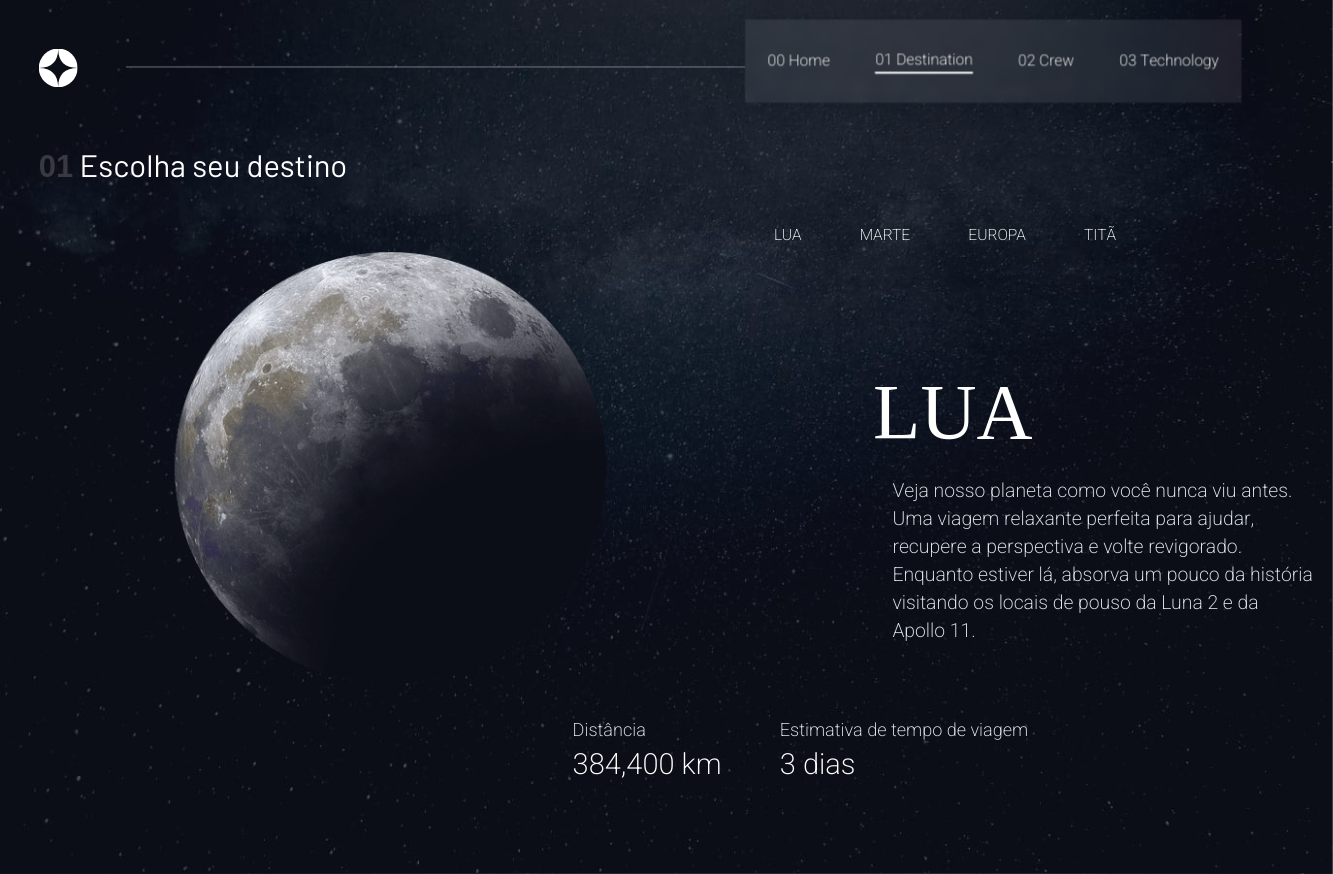
Repository: Leonngc/space-site
Page: space-tourism-website-main/space-tourism-website-main/starter-code/destination-moon.html
An editor plug-in stored every save of this project. The page is shown before and after a run of saves, followed by the edit.
The browser window is 1280 px wide. The page is 1374 px wide, so the pictures cover 1374 px, including what lies to the right of the window. The pictures show the whole page, at 97% of full size.

Above is the page before, as saved 2023-04-30 00:46:28.

### space-tourism-website-main/space-tourism-website-main/starter-code/destination-moon.html
<!DOCTYPE html>
<html lang="en">
<head>
  <meta charset="UTF-8">
  <meta name="viewport" content="width=device-width, initial-scale=1.0">

  <link rel="icon" type="image/png" sizes="32x32" href="./assets/favicon-32x32.png">
  <link rel="stylesheet" href="styles/menu.css">
  <link rel="stylesheet" href="styles/destination.css">
  <script src="script/menu.js" defer></script>
  <title>Frontend Mentor | Space tourism website</title>
</head>
<body>

  <header>
    <img src="assets/shared/logo.svg" alt="" class="logo">

    <div class="line"></div>
    <nav>
      <button class="menu-button"><i class="fi fi-br-menu-burger"></i></button>
      <ul class="menu">
      <li class="item-menu"><a href="#">00 Home</a></li>
      <li class="item-menu page-active"><a href="#">01 Destination</a></li>
      <li class="item-menu"><a href="#">02 Crew</a></li>
      <li class="item-menu"><a href="#">03 Technology</a></li>
      </ul>
    </nav>

  </header>

<main>

    <h1><strong>01</strong> Escolha seu destino</h1>

    <ul class="nav-travel">
      <li class="travel-destiny"><a href="">Lua</a></li>
      <li class="travel-destiny"><a href="">Marte</a></li>
      <li class="travel-destiny"><a href="">Europa</a></li>
      <li class="travel-destiny"><a href="">Titã</a></li>
    </ul>

    <div class="destination-container">
      <img src="assets/destination/image-moon.png" alt="">

      <div class="destination-info">
        <h2>Lua</h2>
        <p>
          Veja nosso planeta como você nunca viu antes. Uma viagem relaxante perfeita para ajudar,
          recupere a perspectiva e volte revigorado. Enquanto estiver lá, absorva um pouco da história
          visitando os locais de pouso da Luna 2 e da Apollo 11.
        </p>
      </div>
    </div>
   <div class="travel-container">
     <div class="info-travel">
       <h3>Distância</h3>
        <span>384,400 km</span>
     </div>

      <div class="info-travel">
        <h3>Estimativa de tempo de viagem</h3>
        <span>3 dias</span>
      </div>
   </div>

</main>
</body>
</html>

### space-tourism-website-main/space-tourism-website-main/starter-code/styles/menu.css
@import url('https://fonts.googleapis.com/css2?family=Heebo:wght@200&display=swap');

*{
    padding: 0;
    margin: 0;
}

body{
    overflow-x: hidden;
}

header{
    display: flex;
    justify-content: space-between;
}

.menu{
    margin-top: 20px;
    display: flex;
    width: 40vw ;
    height: 12vh;
    position: relative;
    list-style: none;
    background: rgba(255, 255, 255, 0.21);
    background: rgba(255, 255, 255, 0.08);
    box-shadow: 0 4px 30px rgba(0, 0, 0, 0.1);
    backdrop-filter: blur(5px);
    -webkit-backdrop-filter: blur(5px);
}

.item-menu{
    margin: auto;
}

.item-menu a{
    text-decoration: none;
    font-family: 'Heebo', sans-serif;
    color: white;
}


.line{
    background-color:  rgba(255, 255, 255, 0.21);

    height: 2px;
    width: 1110px;
    margin-top: 68px;
    margin-left: 30px;
}

.logo{
    margin-top: 30px;
    margin-left: 20px;
    width: 40px;
    height: 40px;
    padding: 20px;
}

.page-active{
    border-bottom: 2px solid white;
}

ul li > a:hover{
    font-size: 18px;
    transition: 2s;
}

.menu-button{
    display: none;
}



@media screen and (max-width: 990px){
    .line{
        display: none;
    }

    body{
        background-image: url(../assets/home/background-home-mobile.jpg) !important;
    }

    .menu{
        position: absolute;
        right: 0;
        width: 70vw;
        height: 90vh;
        display: flex;
        margin: 0;
        border-top-left-radius: 30px;
        border-bottom-left-radius: 30px;
        transform: translateX(100%);
        transition: transform 0.6s ease-in;
        background: rgba(255, 255, 255, 0.346);
        background: rgba(0, 0, 0, 0.47);
        box-shadow: 0 4px 30px rgba(0, 0, 0, 0.1);
        backdrop-filter: blur(5px);
        -webkit-backdrop-filter: blur(5px);
    }

    ul{
        flex-direction: column;
    }


    .menu li{
       color: white;
       font-size: 18px;
       font-weight: bold;
    }

    .menu-button{
        display: block;
        font-size: 40px;
        color: white;
        background: none;
        border: none;
        padding: 10px;
        margin-top: 40px;
    }

    ul.active{
        transform: translateX(0);
    }
}

### space-tourism-website-main/space-tourism-website-main/starter-code/styles/destination.css
@import url('https://fonts.googleapis.com/css2?family=Barlow&display=swap');
@import url('https://fonts.googleapis.com/css2?family=Heebo:wght@200&display=swap');
/*  font-family: 'Barlow', sans-serif;
    font-family: 'Heebo', sans-serif;
*/

:root{
    --title-font: 'Barlow';
    --paragraph-font: 'Heebo';
}

*{
    padding: 0;
    margin: 0;
}

body{
    max-width: 100vw;
    background-image: url(../assets/destination/background-destination-desktop.jpg);
}

main{
    color: white;
}

h1{
    font-family: var(--title-font);
    padding: 40px;
    font-weight: 100;
}

strong{
    color: #393941;
    font-family: Arial, Helvetica, sans-serif;
}

.nav-travel{
    width: 40vw;
    list-style: none;
    display: flex;
    float: right;
}

.nav-travel a{
    text-decoration: none;
    text-transform: uppercase;
    color: #f0f0f0;
    font-family: var(--paragraph-font);
    padding: 30px;
}

.destination-container{
    margin-left: 30px;
}

.destination-container > img{
    margin-left: 120px;
    padding: 30px;
}


.destination-info{
    width: 37vw;
    position: absolute;
    top: 380px;
    left: 900px;
}

.destination-info h2{
    font-size: 80px;
    font-weight: 200;
    font-family: serif;
    text-transform: uppercase;
}

.destination-info p{
    font-family: var(--paragraph-font);
    font-size: 20px;
    padding: 20px;
    font-weight: lighter;
    text-align: start;
    color: #dbe5e6;
}

.travel-container{
    float: right;
    display: flex;
    padding: 0px;
    flex-wrap: wrap;
    margin-bottom: 90px;
    margin-right: 190px;
}

.info-travel{
    font-family: var(--paragraph-font);
    padding: 0px 30px 0px 30px;
}

.info-travel::after{
    content: ;
    width:30vw;
    height: 3px;
    background-color: #393941;
}

.info-travel h3{
    font-weight: lighter;
    color: #dbe5e6;
}

.info-travel > span{
    font-size: 30px;
}

### space-tourism-website-main/space-tourism-website-main/starter-code/script/menu.js
class MobileNavbar{
    constructor(mobileMenu, navList, navLink){
        this.mobileMenu = document.querySelector(mobileMenu);
        this.navList = document.querySelector(navList);
        this.navLink = document.querySelector(navLink);
        this.activeClass = "active";
        this.handleClick = this.handleClick.bind(this)
    }

    handleClick(){
        this.navList.classList.toggle(this.activeClass);
        this.mobileMenu.classList.toggle(this.activeClass)
    }

    addClickEvent(){
        this.mobileMenu.addEventListener("click", this.handleClick);
    }

    init(){
        if(this.mobileMenu){
            this.addClickEvent();
        }
        return this;
    }
}

const mobileNavbar = new MobileNavbar(
    "nav",
    "ul",
    "ul li",
);

mobileNavbar.init()

After the next 4 saves:
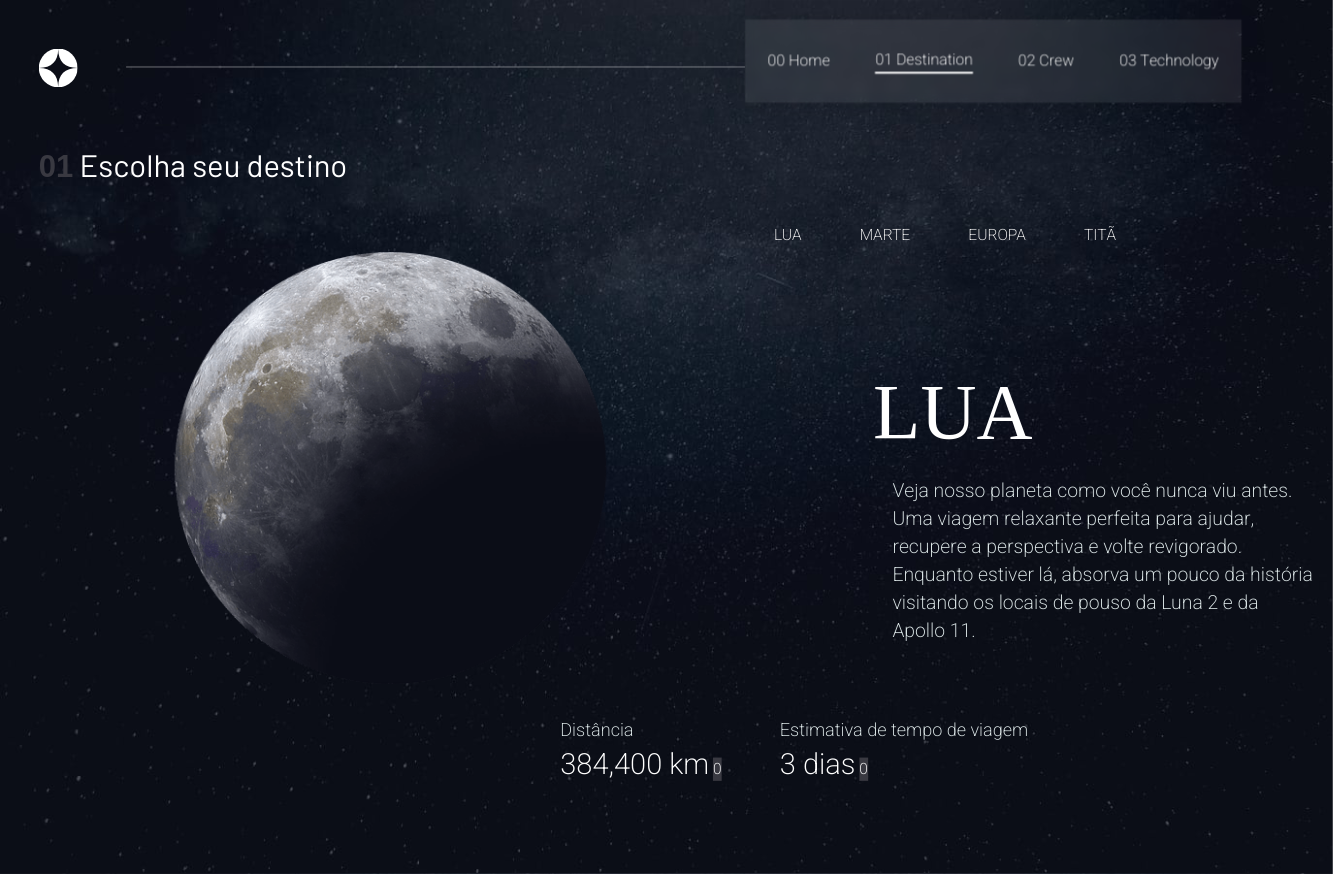
The 4 saves are shown as one change because they came seconds apart.
The last was saved 14 s later.
--- a/space-tourism-website-main/space-tourism-website-main/starter-code/styles/destination.css
+++ b/space-tourism-website-main/space-tourism-website-main/starter-code/styles/destination.css
@@ -97,7 +97,7 @@
 }
 
 .info-travel::after{
-    content: ;
+    content: counter(div);
     width:30vw;
     height: 3px;
     background-color: #393941;

After the save that followed:
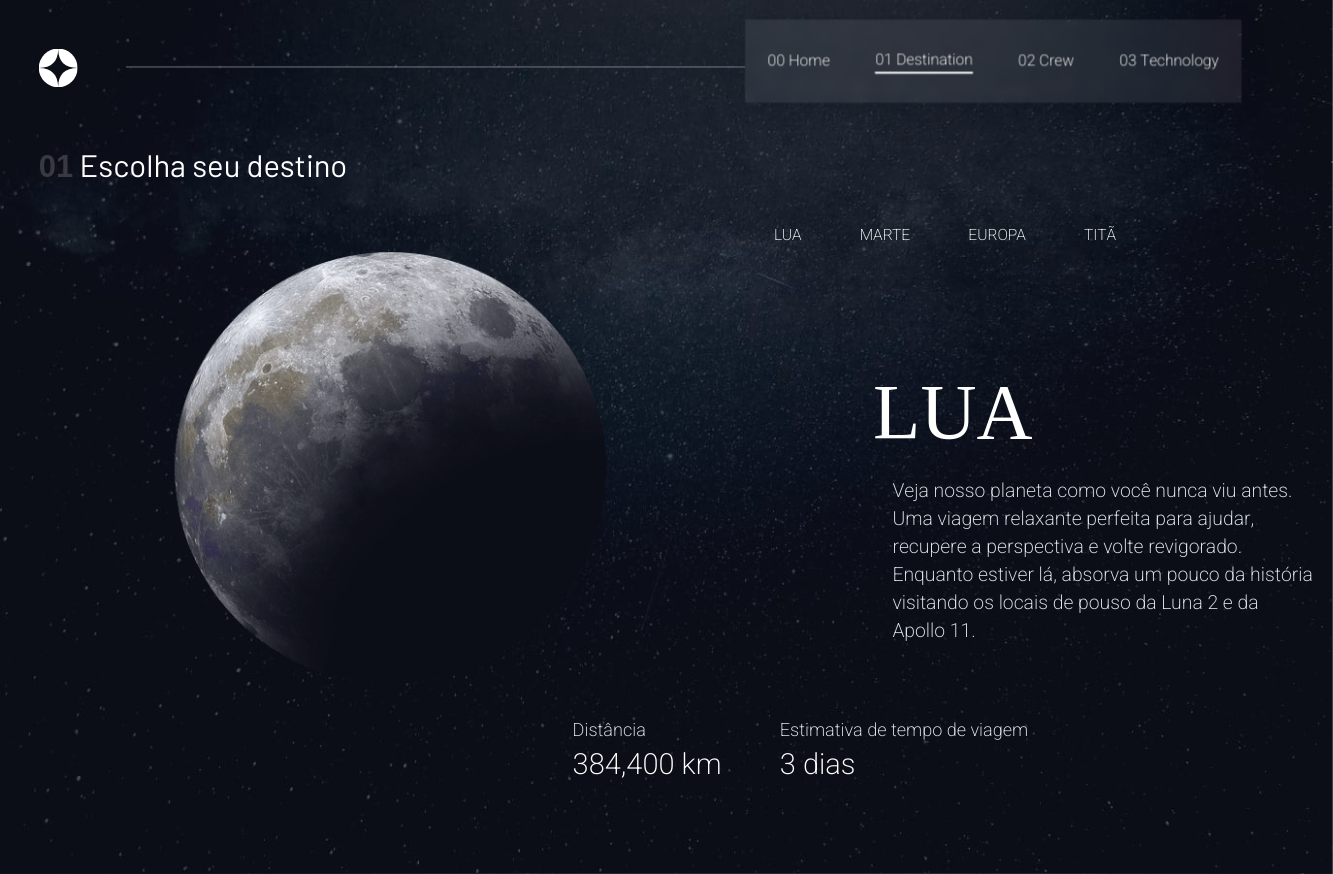
Saved 6 s later.
--- a/space-tourism-website-main/space-tourism-website-main/starter-code/styles/destination.css
+++ b/space-tourism-website-main/space-tourism-website-main/starter-code/styles/destination.css
@@ -96,12 +96,7 @@
     padding: 0px 30px 0px 30px;
 }
 
-.info-travel::after{
-    content: counter(div);
-    width:30vw;
-    height: 3px;
-    background-color: #393941;
-}
+
 
 .info-travel h3{
     font-weight: lighter;
